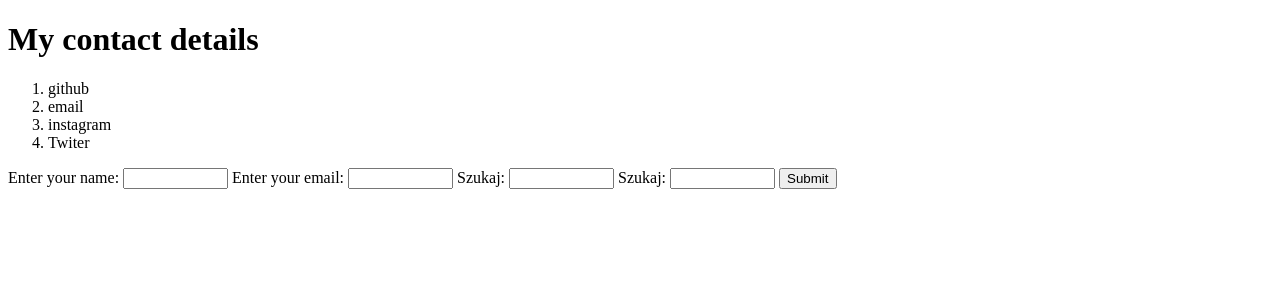
Repository: ew-code/Web-Development
Page: HTML - Personal Site/contact.html
The author's editor kept a copy of each file at every save. The page is drawn from the files as they stood at one save, then again after the next save.
The browser window is 1280 px wide. The pictures show the whole page.

Above is the page before, as saved 2021-01-04 22:57:24.

After the next save:
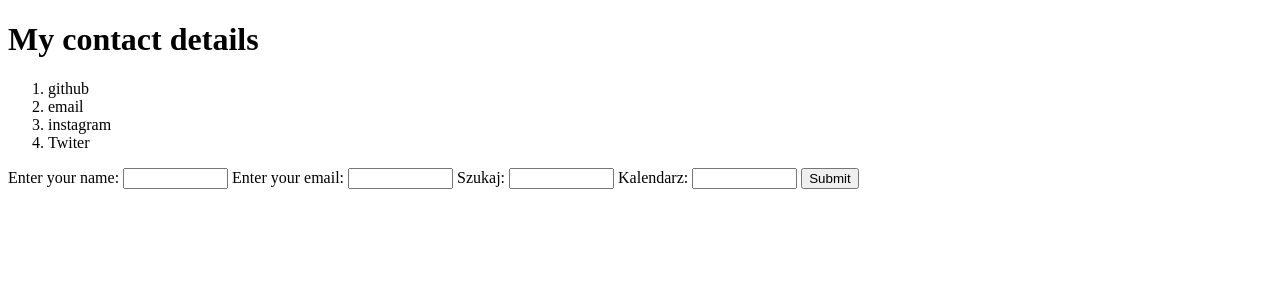
Saved 87 s later.
--- a/HTML - Personal Site/contact.html
+++ b/HTML - Personal Site/contact.html
@@ -24,7 +24,7 @@
     <input type="email" name="email" id="email" required minlength="4" maxlength="50" size="10">
     <label for="Search">Szukaj:</label>
     <input type="text" name="search" id="search" required minlength="4" maxlength="50" size="10">
-    <label for="Search">Szukaj:</label>
+    <label for="Search">Kalendarz:</label>
     <input type="text" name="search" id="search" required minlength="4" maxlength="50" size="10">
     <input type="submit">
   </form>
